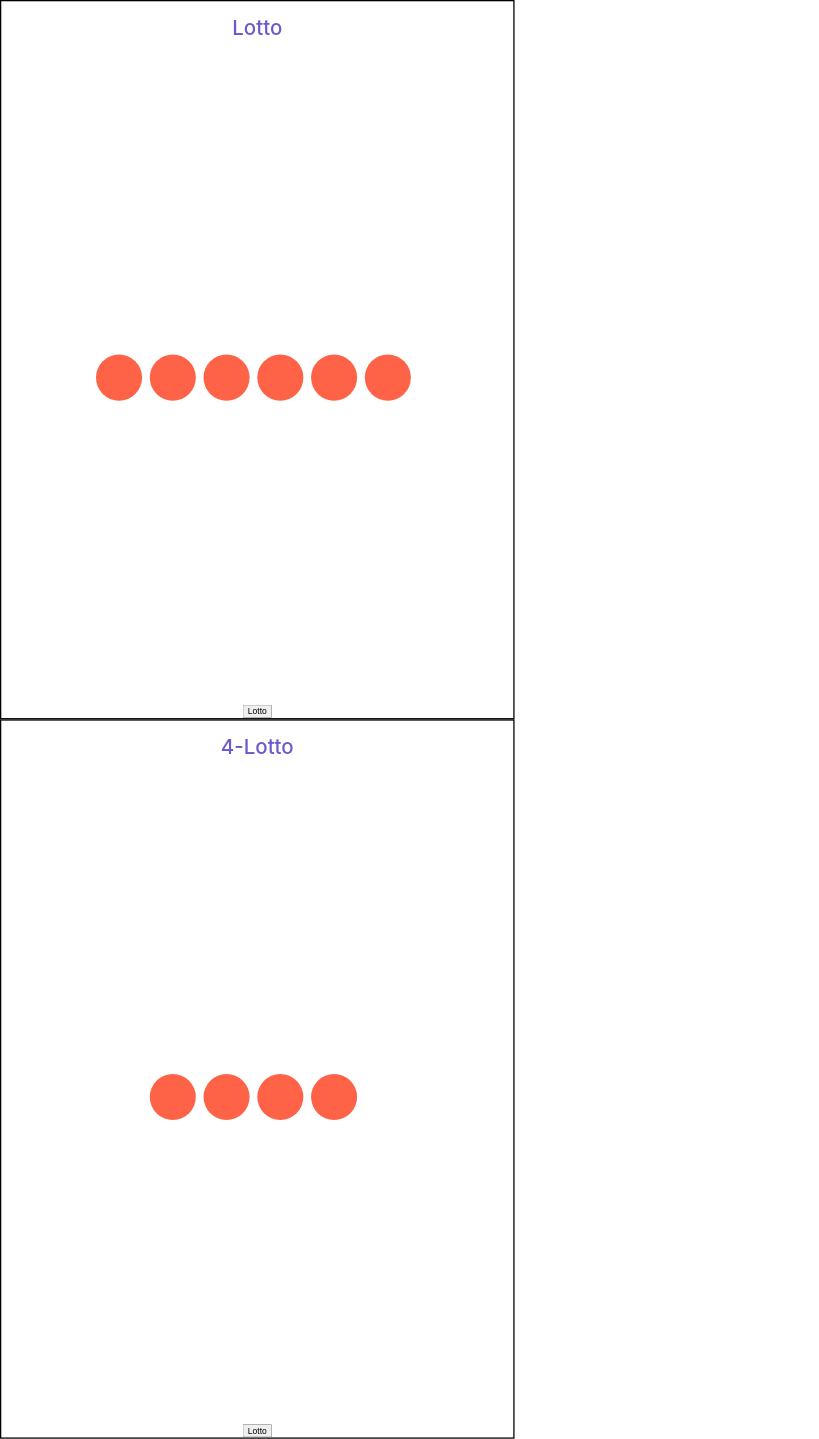
Repository: dung8466/learn-react
Page: / (app in lottery/)
The author's editor kept a copy of each file at every save. The page is drawn from the files as they stood at one save, then again after the next save.
The browser window is 1280 px wide. The pictures show the whole page, at 64% of full size.
The project was rebuilt for these pictures with package versions that can differ from the ones it lists, and the page was loaded fresh each time.

Above is the page before, as saved 2022-09-18 21:04:59.

### lottery/src/App.js
import React, {Component} from 'react';
import './App.css';
import Lotto from './Lotto';
class App extends Component{
  render(){
    return (
      <div className="App">
        <Lotto />
        <Lotto title='4-Lotto' numBall={4} maxNum={10}/>
      </div>
    );
  }
}

export default App;

### lottery/src/Lotto.js
import React, {Component} from "react";
import './Lotto.css';
import LotteryBall from "./LotteryBall";

class Lotto extends Component{
    static defaultProps = {
        title : 'Lotto',
        numBall : 6,
        maxNum: 99
    }
    constructor(props){
        super(props);
        this.state = {nums : Array.from({length: this.props.numBall}) };
        this.generate = this.generate.bind(this);
    }
    generate(){
        this.setState(curSt => ({
            nums: curSt.nums.map(num => num = Math.floor(Math.random() * this.props.maxNum)),
        }))
    }
    render(){
        return(
            <div className="lotto">
                <h1>{this.props.title}</h1>
                <div className="ballDisplay">
                    {this.state.nums.map(b => (
                        <LotteryBall nums={b}/>
                    ))}
                </div>
                <button onClick={this.generate}>Lotto</button>
            </div>
        );
    }
}

export default Lotto;

### lottery/src/Lotto.css
.lotto{
    display: flex;
    flex-direction: column;
    justify-content: space-between;
    align-items: center;
    flex-wrap: wrap;
    gap: 2em;
    border: 2px solid black;
    width: 50em;
    height: 70em;
}

.lotto h1{
    font-size: 2em;
    font-weight: 500;
    color: slateblue;
}

### lottery/src/LotteryBall.js
import React, {Component} from "react";
import './LotteryBall.css';

class LotteryBall extends Component{
    render(){
        return(
            <div className="ball">{this.props.nums}</div>
        );
    }
}

export default LotteryBall;

### lottery/src/LotteryBall.css
.ball{
    display: inline-block;
    background-color: tomato;
    color: white;
    border-radius: 50%;
    width: 3em;
    height: 2.25em;
    text-align: center;
    padding-top: 0.75em;
    margin-right: 0.5em;
    font-weight: bold;
    font-size: 1.5em;
}

Loaded but not shown: lottery/public/index.html (common file); lottery/src/index.js (common file); lottery/src/index.css (common file); lottery/src/reportWebVitals.js (common file); lottery/src/App.css (common file)

After the next save:
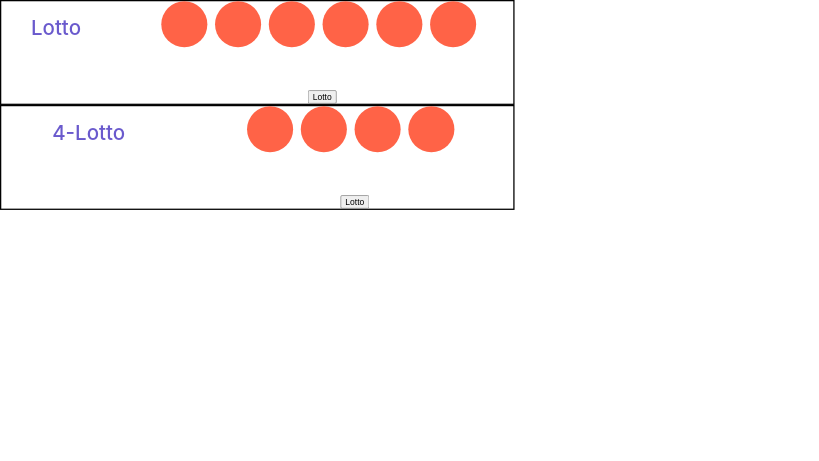
Saved 6 s later.
--- a/lottery/src/Lotto.css
+++ b/lottery/src/Lotto.css
@@ -7,7 +7,7 @@
     gap: 2em;
     border: 2px solid black;
     width: 50em;
-    height: 70em;
+    height: 10em;
 }
 
 .lotto h1{
